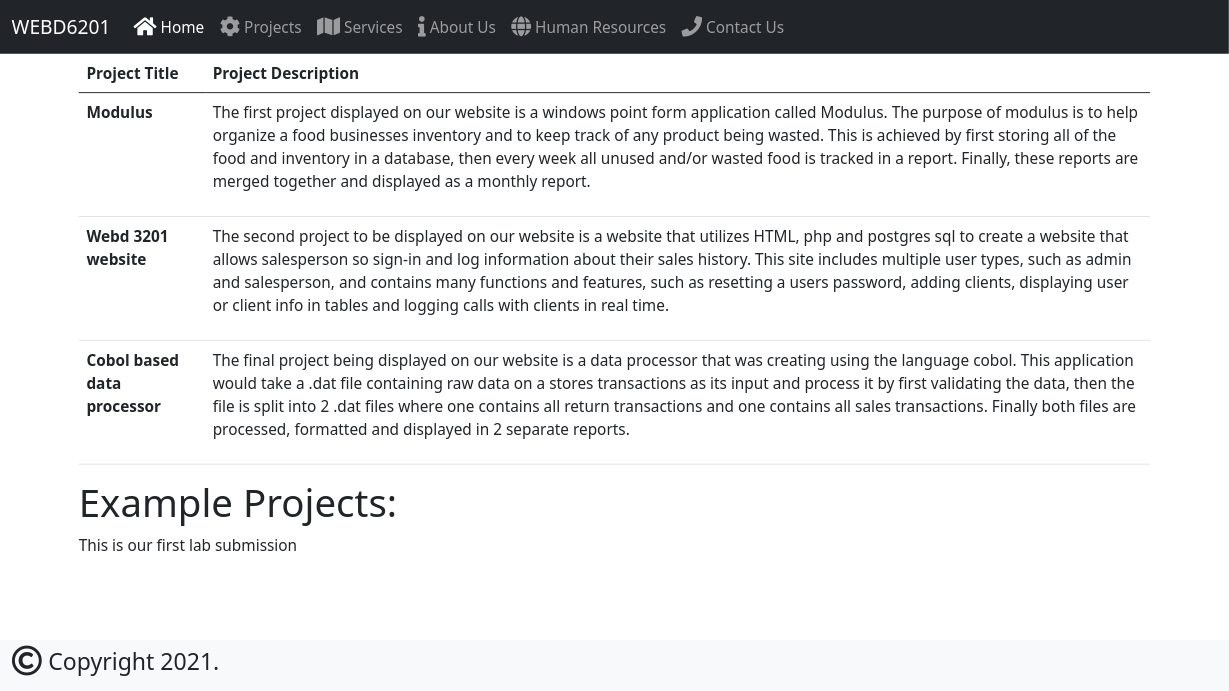
Repository: Sub4Sub/Lab_1
Page: products.html
An editor plug-in stored every save of this project. The page is shown before and after the next save, followed by the edit.
The browser window is 1280 px wide. The pictures show the whole page, at 96% of full size.

Above is the page before, as saved 2021-02-05 16:51:04.

### products.html
<!DOCTYPE html>
<html lang="en">
<head>
    <meta charset="UTF-8">
    <meta name="viewport" content="width=device-width, initial-scale=1.0">
    <title>Products</title>
    <!-- CSS Section -->
    <link rel="stylesheet" href="./node_modules/bootstrap/dist/css/bootstrap.min.css">
    <link rel="stylesheet" href="./node_modules/@fortawesome/fontawesome-free/css/all.min.css">
    <link rel="stylesheet" href="./Content/app.css">
</head>
<body>
    <!-- Main Header -->

    <!-- Main Content -->
    <main class="container">
      <table class="table">
        <thead>
          <tr>
            <th scope="col">Project Title</th>
            <th scope="col">Project Description</th>
          </tr>
        </thead>
        <tbody>
          <tr>
            <th scope="row">Modulus</th>
            <td>
              <p>
                The first project displayed on our website is a windows point form application called Modulus. The purpose of modulus is to
                help organize a food businesses inventory and to keep track of any product being wasted. This is achieved by first storing all of
                the food and inventory in a database, then every week all unused and/or wasted food is tracked in a report. Finally,
                these reports are merged together and displayed as a monthly report.
              </p>
            </td>
          </tr>
          <tr>
            <th scope="row">Webd 3201 website</th>
            <td>
              <p>
                The second project to be displayed on our website is a website that utilizes HTML, php and postgres sql to create a website that
                 allows salesperson so sign-in and log information about their sales history. This site includes multiple user types, such as admin
                 and salesperson, and contains many functions and features, such as resetting a users password, adding clients, displaying user or client info in tables and
                 logging calls with clients in real time.
              </p>
            </td>
          </tr>
          <tr>
            <th scope="row">Cobol based data processor</th>
            <td>
              <p>
                The final project being displayed on our website is a data processor that was creating using the language cobol. This application
                would take a .dat file containing raw data on a stores transactions as its input and process it by first validating the data, then
                the file is split into 2 .dat files where one contains all return transactions and one contains all sales transactions. Finally
                both files are processed, formatted and displayed in 2 separate reports.
              </p>
            </td>
          </tr>
        </tbody>
      </table>
    </main>



    <!-- Script Section-->
    <script src="./node_modules/jquery/dist/jquery.min.js"></script>
    <script src="./node_modules/bootstrap/dist/js/bootstrap.bundle.min.js"></script>
    <script src="./Scripts/app.js"></script>
</body>
</html>

### Scripts/app.js
/*
* Name: Brett Tindall & Emeka Okoisama
* Student Id: 100708109 &
* Date Completed: 2021-02-05
*/

"use strict";

//IIFE - Immediately Invoked Function Expression
(function()
{

    /*
      Function that displays the home page's content
    */
    function displayHome()
    {
        let indexHeading = document.createElement("h1");

        indexHeading.setAttribute("id", "indexHeading");
        indexHeading.textContent = `Welcome to lab 1`;

        let mainContent = document.querySelector("main");
        mainContent.appendChild(indexHeading);

        let newDivTag = document.createElement("div");
        newDivTag.innerHTML =
        `<h4>By Brett Tindall and Emeka Okoisama</h4>
        <p id="paragraphThree"> This is our first lab submission </p>`;


        mainContent.append(newDivTag);


    }

    function displayProjects()
    {
        let projectHeading = document.createElement("h1");

        projectHeading.setAttribute("id", "projectHeading");
        projectHeading.textContent = `Example Projects:`;

        let mainContent = document.querySelector("main");
        mainContent.appendChild(projectHeading);

        let newDivTag = document.createElement("div");
        newDivTag.innerHTML =
        `<p id="paragraphThree"> This is our first lab submission </p>`;


        mainContent.append(newDivTag);


    }

    /*
      Function that displays the contact page's content
    */
    function displayContact()
    {
      let contactHeading = document.createElement("h1");

      contactHeading.setAttribute("id", "contactHeading");
      contactHeading.textContent = "Enter a Contact";

      let mainContent = document.querySelector("main");
      mainContent.appendChild(contactHeading);

      let newDivTag = document.createElement("div");
      newDivTag.innerHTML =
      `<div id="messageArea"></div>

      <div class="row justify-content-lg-center g-3">
        <form class="col-lg-6 col-md-10 col-sm-10">

          <div class="input-group mb-3">
            <span class="input-group-text" id="inputGroup-sizing-default">Full Name </span>
            <input id="fullName" type="text" class="form-control" aria-label="Full Name" aria-describedby="Full Name Input"
            name="fullName" required>
          </div>

          <div class="input-group mb-3">
            <span class="input-group-text" id="inputGroup-sizing-default">Contact Number</span>
            <input id="contactNumber" type="tel" class="form-control" aria-label="Contact Number" aria-describedby="Contact Number Input"
            name="contactNumber" required>
          </div>

          <div class="input-group mb-3">
            <span class="input-group-text" id="inputGroup-sizing-default">Email</span>
            <input id="emailAddress" type="email" class="form-control" aria-label="Email Address" aria-describedby="Email Address Input"
            name="emailAddress" required>
          </div>

          <button id="sendButton" type="submit" class="btn btn-primary"><i class="fas fa-envelope fa-lg"></i> Send</button>
          <button id="cancelButton" type="reset" class="btn btn-warning"><i class="fas fa-undo fa-lg"></i> Cancel</button>
        </form>
      </div>`;

      mainContent.append(newDivTag);


      let sendButton = document.getElementById("sendButton");

        sendButton.addEventListener("click", function(event){

          window.location.href = './index.html';

        });

    }

    /*
      Function that displays the fixed footer at the bottom of the page
    */
   function displayHeader()
   {
     let mainContent = document.querySelector("body");

     //let sendButton = document.getElementById("body");

     let newFooterTag = document.createElement("header");

     newFooterTag.innerHTML =
     `
     <header>
      <!-- Main Navigation -->
      <nav class="navbar navbar-expand-lg navbar-dark bg-dark">
          <div class="container-fluid">
            <a class="navbar-brand" href="index.html">WEBD6201</a>
            <button class="navbar-toggler" type="button" data-bs-toggle="collapse" data-bs-target="#navbarSupportedContent" aria-controls="navbarSupportedContent" aria-expanded="false" aria-label="Toggle navigation">
              <span class="navbar-toggler-icon"></span>
            </button>
            <div class="collapse navbar-collapse" id="navbarSupportedContent">
              <ul class="navbar-nav me-auto mb-2 mb-lg-0" id ="headerList">
                <li class="nav-item">
                  <a class="nav-link active" aria-current="page" href="index.html"><i class="fas fa-home fa-lg"></i> Home</a>
                </li>

                <li class="nav-item">
                  <a class="nav-link" id="productsLink" aria-current="page" href="products.html"><i class="fas fa-cog fa-lg"></i> Products</a>
                </li>

                <li class="nav-item">
                  <a class="nav-link" aria-current="page" href="services.html"><i class="fas fa-map fa-lg"></i> Services</a>
                </li>

                <li class="nav-item" id="aboutUsList">
                  <a class="nav-link" id="aboutUsLink" aria-current="page" href="about.html"><i class="fas fa-info fa-lg"></i> About Us</a>
                </li>

                <li class="nav-item">
                  <a class="nav-link" aria-current="page" href="contact.html"><i class="fas fa-phone fa-lg"></i> Contact Us</a>
                </li>
              </ul>
            </div>
          </div>
        </nav>
  </header>
     `

     mainContent.prepend(newFooterTag);

   }

    /*
      Function that displays the fixed footer at the bottom of the page
    */
    function displayFooter()
    {
      let mainContent = document.querySelector("main");

      let newFooterTag = document.createElement("footer");

      newFooterTag.innerHTML =
      `
      <footer>
        <nav class="navbar fixed-bottom navbar-light bg-light">
            <div class="container-fluid">
              <h4><i class="far fa-copyright fa-lg"></i> Copyright 2021.</h4>
            </div>
          </nav>
    </footer>
      `

      mainContent.append(newFooterTag);

    }

    /*
      Function that adds a button to the human resources page
    */
    function addHumanResourcesButton()
    {

      let aboutUsLink = document.getElementById("aboutUsList");

      let newListItem = document.createElement("li");

      newListItem.innerHTML =
      `
      <li class="nav-item">
        <a class="nav-link" id="HumanResourcesLink" aria-current="page" href="human-resources.html"><i class="fas fa-globe fa-lg"></i> Human Resources</a>
      </li>
      `

      aboutUsLink.after(newListItem);

    }

    /*
      Function that changes the products button's text to projects
    */
   function alterProductsButton()
   {

    let productsButton = document.getElementById("headerList").childNodes[3];

    //productsButton.textContent = "Projects";

    let newListItem = document.createElement("li");

    newListItem.innerHTML =
   `
   <li class="nav-item">
               <a class="nav-link" aria-current="page" href="products.html"><i class="fas fa-cog fa-lg"></i> Projects</a>
             </li>
   `

    productsButton.replaceChild(newListItem, productsButton.childNodes[1]);

   }

   /*
      Function that run when the page loads
    */
    function Start()
    {
        console.log("App Started...");

        displayHeader();

        alterProductsButton();

        addHumanResourcesButton();

        switch (document.title)
        {
          case "Home":
              displayHome();
            break;
          case "About":
              displayAbout();
            break;
          case "Products":
              displayProjects();
            break;
          case "Services":
              displayServices();
            break;
          case "Contact":
              displayContact();
            break;
        }

    }

    displayFooter();

    window.addEventListener("load", Start);

})();

Loaded but not shown: node_modules/bootstrap/dist/css/bootstrap.min.css (library); node_modules/@fortawesome/fontawesome-free/css/all.min.css (library); node_modules/jquery/dist/jquery.min.js (library); node_modules/bootstrap/dist/js/bootstrap.bundle.min.js (library); Content/app.css (no stored copy; drawn as an empty file)

After the next save:
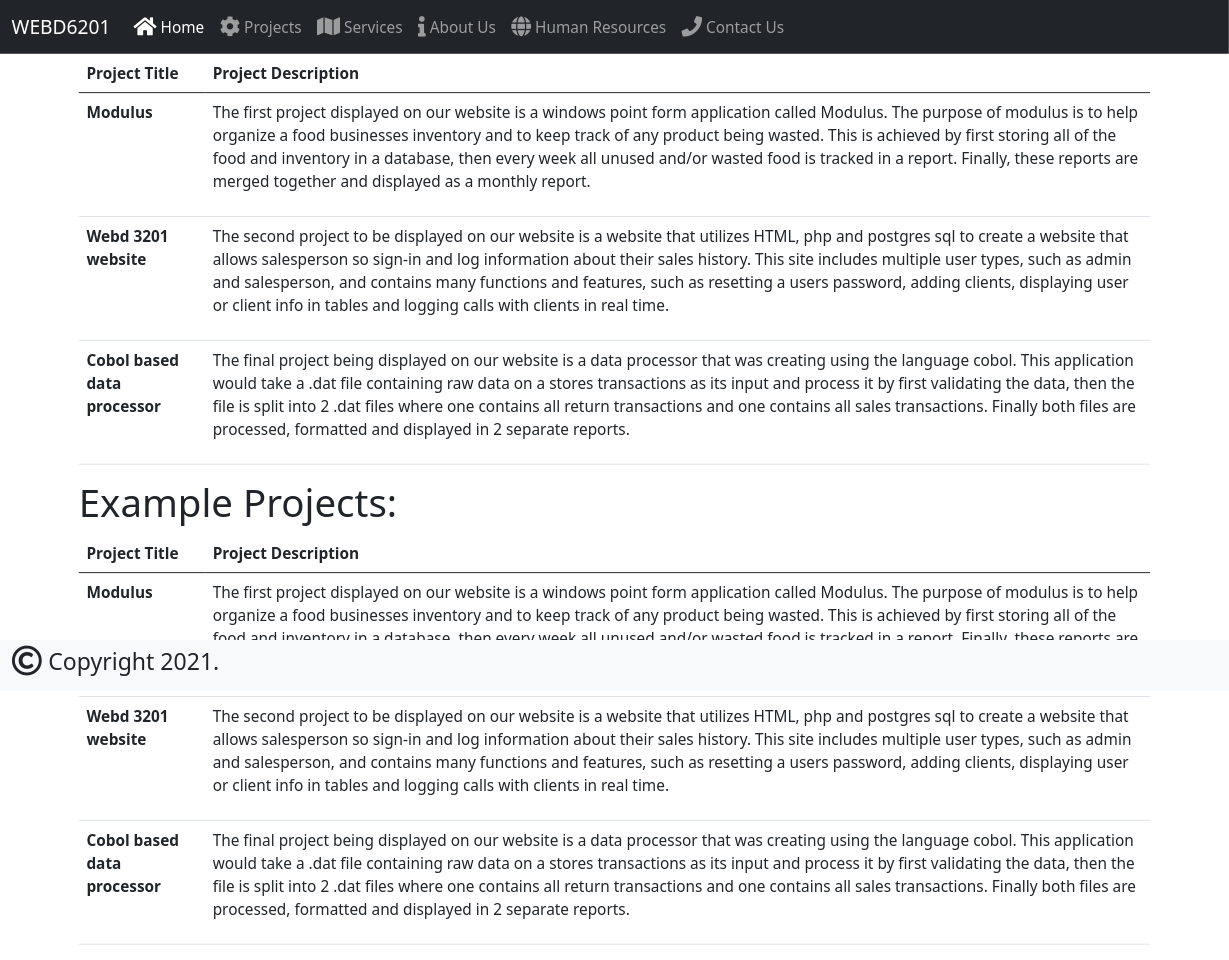
Saved 61 s later.
--- a/Scripts/app.js
+++ b/Scripts/app.js
@@ -46,7 +46,49 @@
 
         let newDivTag = document.createElement("div");
         newDivTag.innerHTML =
-        `<p id="paragraphThree"> This is our first lab submission </p>`;
+        `<table class="table">
+        <thead>
+          <tr>
+            <th scope="col">Project Title</th>
+            <th scope="col">Project Description</th>
+          </tr>
+        </thead>
+        <tbody>
+          <tr>
+            <th scope="row">Modulus</th>
+            <td>
+              <p>
+                The first project displayed on our website is a windows point form application called Modulus. The purpose of modulus is to
+                help organize a food businesses inventory and to keep track of any product being wasted. This is achieved by first storing all of
+                the food and inventory in a database, then every week all unused and/or wasted food is tracked in a report. Finally,
+                these reports are merged together and displayed as a monthly report.
+              </p>
+            </td>
+          </tr>
+          <tr>
+            <th scope="row">Webd 3201 website</th>
+            <td>
+              <p>
+                The second project to be displayed on our website is a website that utilizes HTML, php and postgres sql to create a website that
+                 allows salesperson so sign-in and log information about their sales history. This site includes multiple user types, such as admin
+                 and salesperson, and contains many functions and features, such as resetting a users password, adding clients, displaying user or client info in tables and
+                 logging calls with clients in real time.
+              </p>
+            </td>
+          </tr>
+          <tr>
+            <th scope="row">Cobol based data processor</th>
+            <td>
+              <p>
+                The final project being displayed on our website is a data processor that was creating using the language cobol. This application
+                would take a .dat file containing raw data on a stores transactions as its input and process it by first validating the data, then
+                the file is split into 2 .dat files where one contains all return transactions and one contains all sales transactions. Finally
+                both files are processed, formatted and displayed in 2 separate reports.
+              </p>
+            </td>
+          </tr>
+        </tbody>
+      </table>`;
 
 
         mainContent.append(newDivTag);
